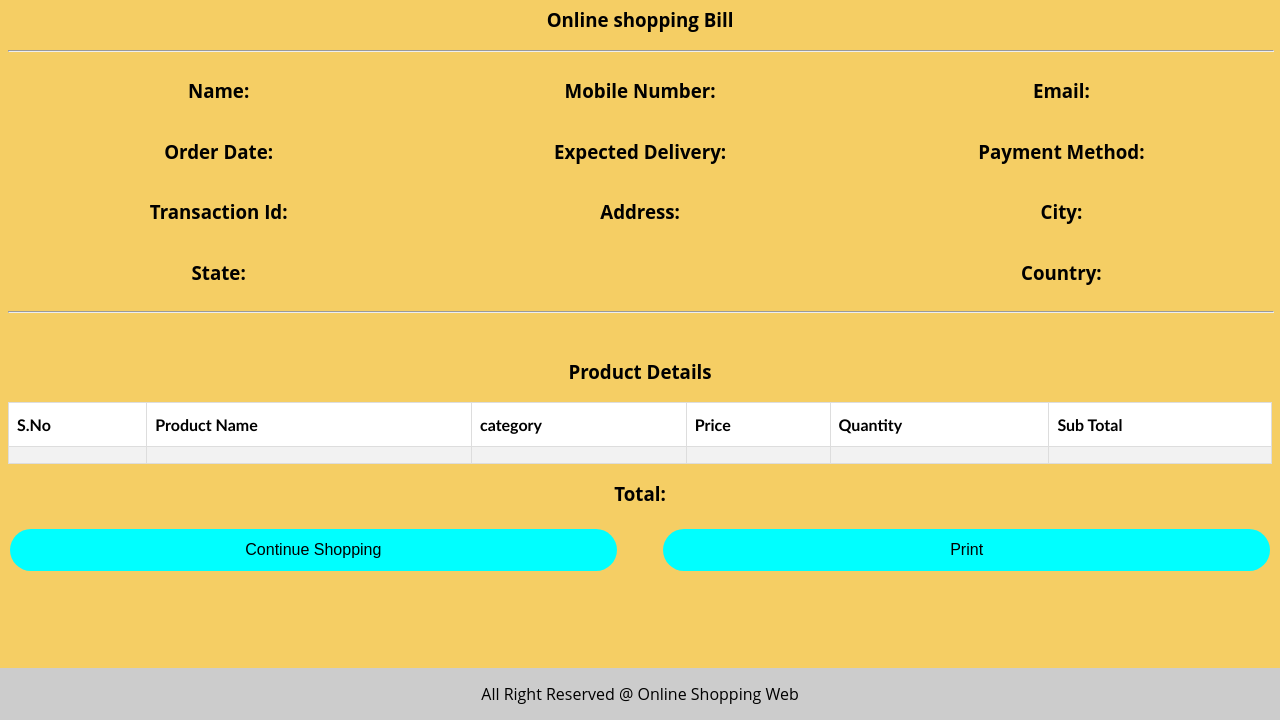
Repository: alokguriya/Sample_Project
Page: http://localhost/Online_Shopping_Project/bill.jsp
The author's editor kept a copy of each file at every save. The page is drawn from the files as they stood at one save, then again after the next save.
The browser window is 1280 px wide. The pictures show the whole page.
The page is served by Tomcat 9. The session is filled in as if someone had signed in: {"email": "test@example.com"}. Queries for data that is not in the repository find no rows.

Above is the page before, as saved 2021-09-07 04:26:50.

After the next save:
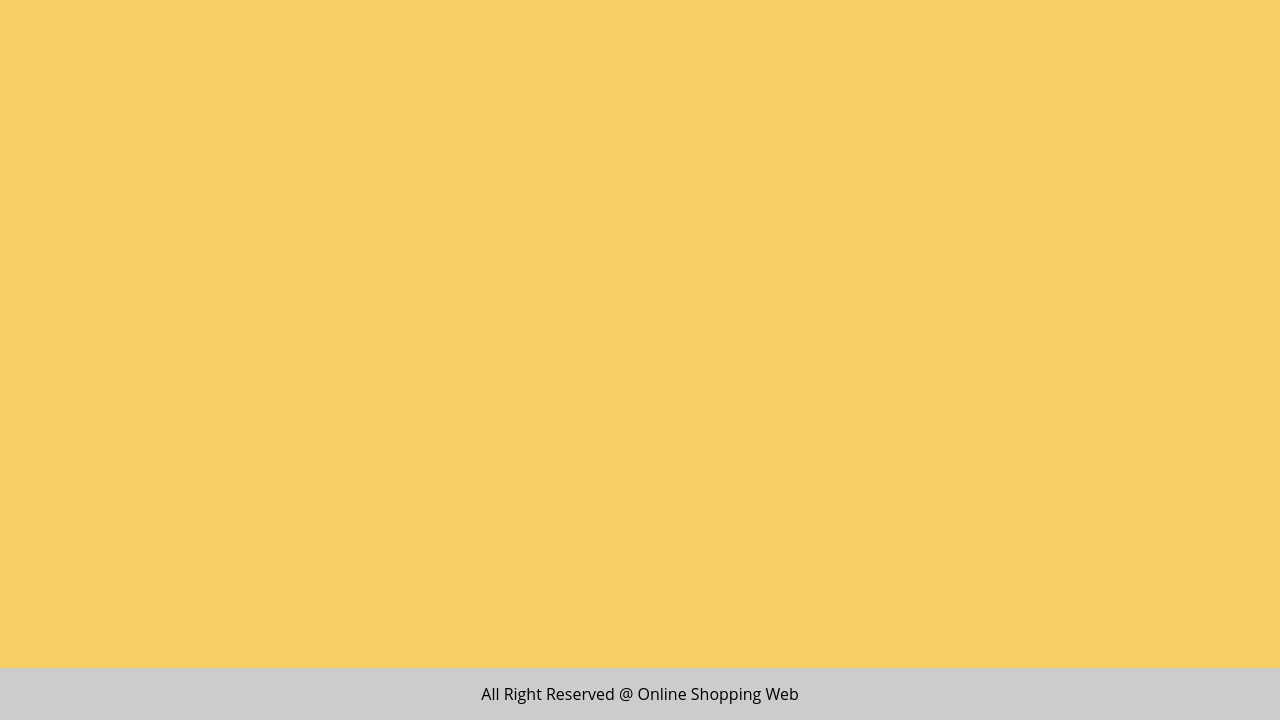
Saved 8 min 20 s later.
--- a/Online Shopping Web [Completed]/Project/Online Shopping Project/src/main/webapp/bill.jsp
+++ b/Online Shopping Web [Completed]/Project/Online Shopping Project/src/main/webapp/bill.jsp
@@ -7,12 +7,32 @@
 <title>Bill</title>
 </head>
 <body>
+<%
 
+	String email=session.getAttribute("email").toString();
+	try
+	{
+		int total=0;
+		int sno=0;
+		Connection con=ConnectionProvider.getCon();
+		Statement st=con.createStatement();
+		ResultSet rs=st.executeQuery("select sum(total) from cart where email='"+email+"' and status='bill' ");
+		while(rs.next())
+		{
+			total=rs.getInt(1);
+
+	    }
+	    ResultSet rs2=st.executeQuery("select * from users inner join cart where cart.email='"+email+"' and cart.status='bill' ");
+	    while(rs2.next())
+	    {
+
+
+%>
 <h3>Online shopping Bill </h3>
 <hr>
-<div class="left-div"><h3>Name:   </h3></div>
-<div class="right-div-right"><h3>Email:  </h3></div>
-<div class="right-div"><h3>Mobile Number: </h3></div>
+<div class="left-div"><h3>Name: <%= rs2.getString(1) %>  </h3></div>
+<div class="right-div-right"><h3>Email: <%out.println(email); %>  </h3></div>
+<div class="right-div"><h3>Mobile Number: <%= rs2.getString(20) %> </h3></div>
 
 <div class="left-div"><h3>Order Date: </h3></div>
 <div class="right-div-right"><h3>Payment Method:   </h3></div>
@@ -56,6 +76,13 @@
 <a href="continueShopping.jsp"><button class="button left-button">Continue Shopping</button></a>
 <a onclick="window.print();"><button class="button right-button">Print</button></a>
 <br><br><br><br>
-
+<%
+	    }
+	}
+	catch(Exception e)
+	{
+		System.out.println(e);
+	}
+%>
 </body>
 </html>
